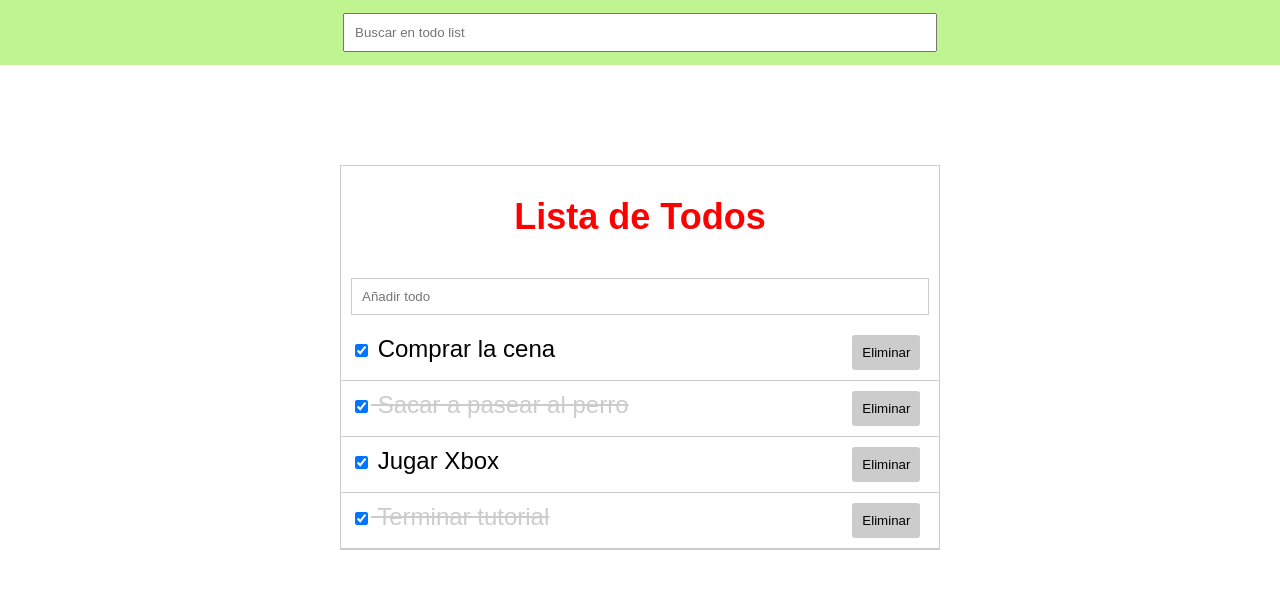
Repository: MauriVaz/Primer-app-con-Vue
Page: /
An editor plug-in stored every save of this project. The page is shown before and after the next save, followed by the edit.
The browser window is 1280 px wide. The pictures show the whole page.
The project was rebuilt for these pictures with package versions that can differ from the ones it lists, and the page was loaded fresh each time. Also part of the build but not shown: vue.config.js.

Above is the page before, as saved 2022-12-28 22:08:23.

After the next save:
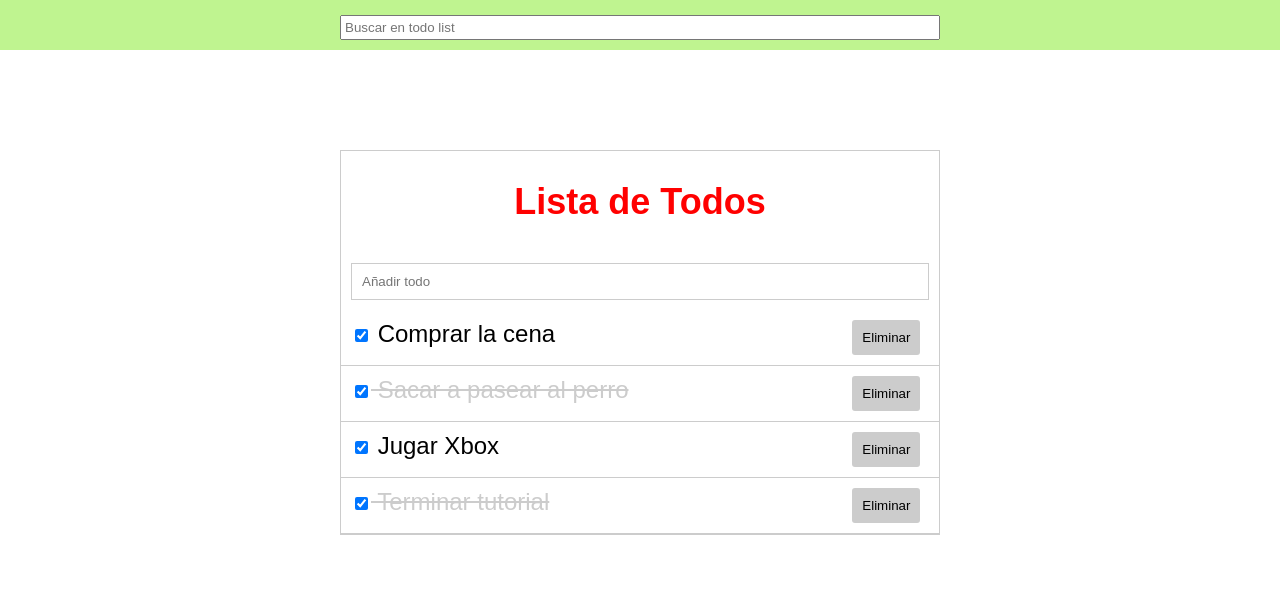
Saved 15 s later.
--- a/src/components/Search.vue
+++ b/src/components/Search.vue
@@ -21,12 +21,13 @@ export default {
     #search-container{
         width: 600px;
         margin: 0 auto;
-        padding: 3px;
     }
 
     input{
         padding: 10px;
         width: 100%;
         outline: none;
+
+        padding: 3px;
     }
 </style>
